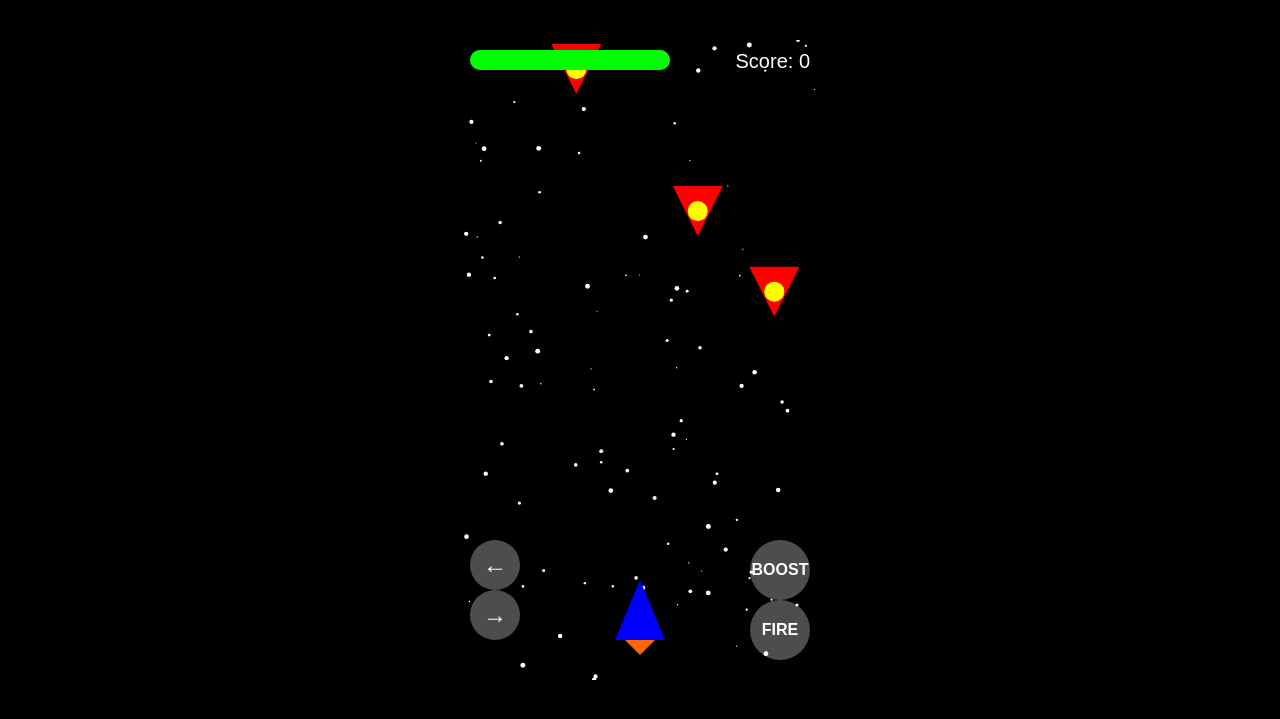
Repository: BiranOrundas/space-shooter
Page: space-shooter.html
An editor plug-in stored every save of this project. The page is shown before and after a run of saves, followed by the edit.
The browser window is 1280 px wide. The pictures show the whole page.

Above is the page before, as saved 2025-03-13 12:57:12.

After the next 2 saves:
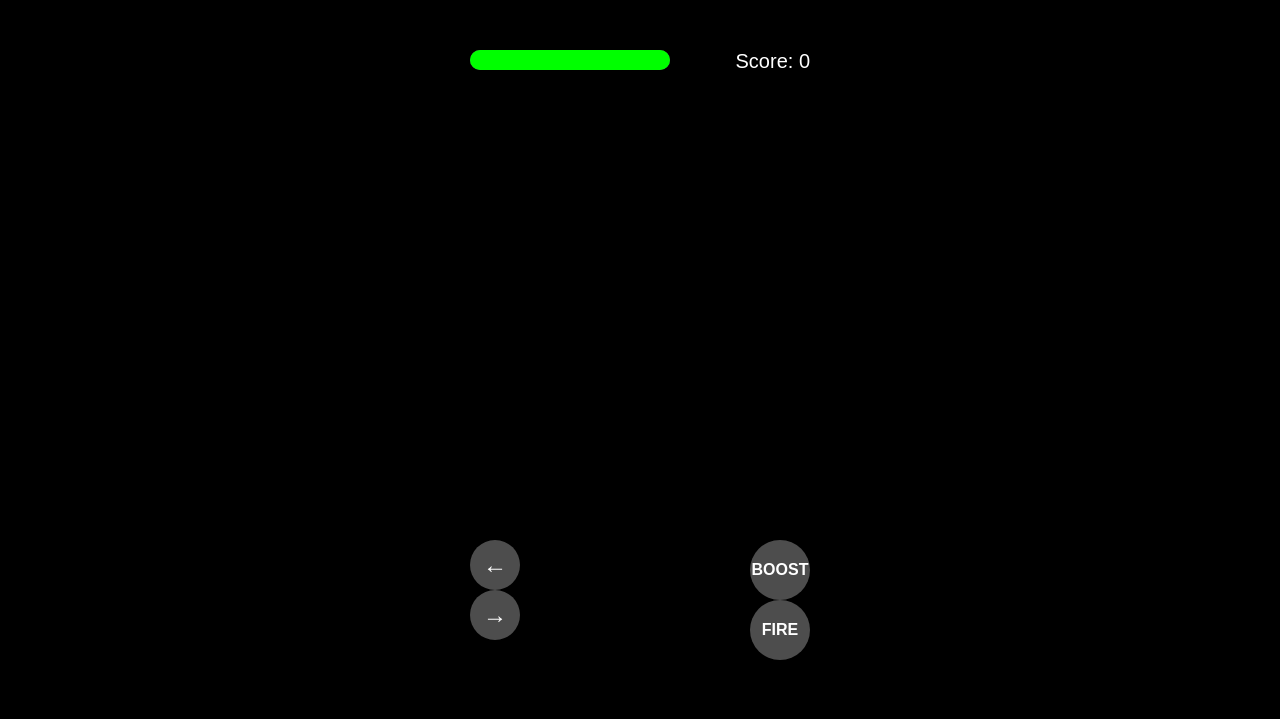
Console error: ReferenceError: math is not defined
The 2 saves are shown as one change because they came seconds apart.
The last was saved 3 min 43 s later.
--- a/space-shooter.html
+++ b/space-shooter.html
@@ -206,10 +206,18 @@
           x: Math.random() * canvas.width,
           y: Math.random() * canvas.height,
           size: Math.random() * 2 + 0.5,
-          speed: Math.random() * 2 + 3.9
+          speed: Math.random() * 2 + 0.9
         });
       }
     }
+
+    if(boostPressed === true){
+        stars.push({speed : math.random() * 2 + 3.9})
+        console.log("speed up")
+        }else{
+            stars.push({speed : math.random() * 2 + 0.9})
+            console.log("speed up")
+        }
 
     // Draw player's spaceship
     function drawPlayer() {

After the 2 saves that followed:
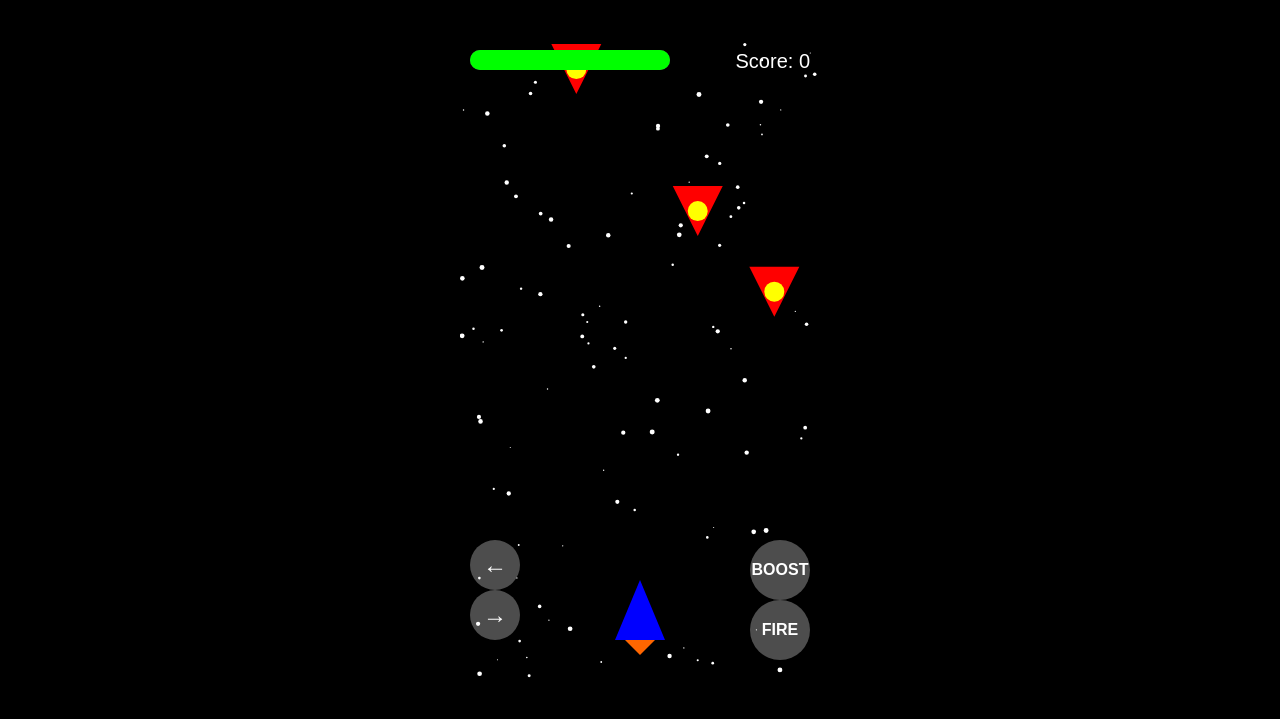
The error is gone.
The 2 saves are shown as one change because 1 left the picture as it was.
The last was saved 44 s later.
--- a/space-shooter.html
+++ b/space-shooter.html
@@ -211,13 +211,13 @@
       }
     }
 
-    if(boostPressed === true){
-        stars.push({speed : math.random() * 2 + 3.9})
-        console.log("speed up")
-        }else{
-            stars.push({speed : math.random() * 2 + 0.9})
-            console.log("speed up")
-        }
+    // if(!boostPressed){
+    //     stars.push({speed : math.random() * 2 + 3.9})
+    //     console.log("speed up")
+    //     }else{
+    //         stars.push({speed : math.random() * 2 + 0.9})
+    //         console.log("speed up")
+    //     }
 
     // Draw player's spaceship
     function drawPlayer() {
